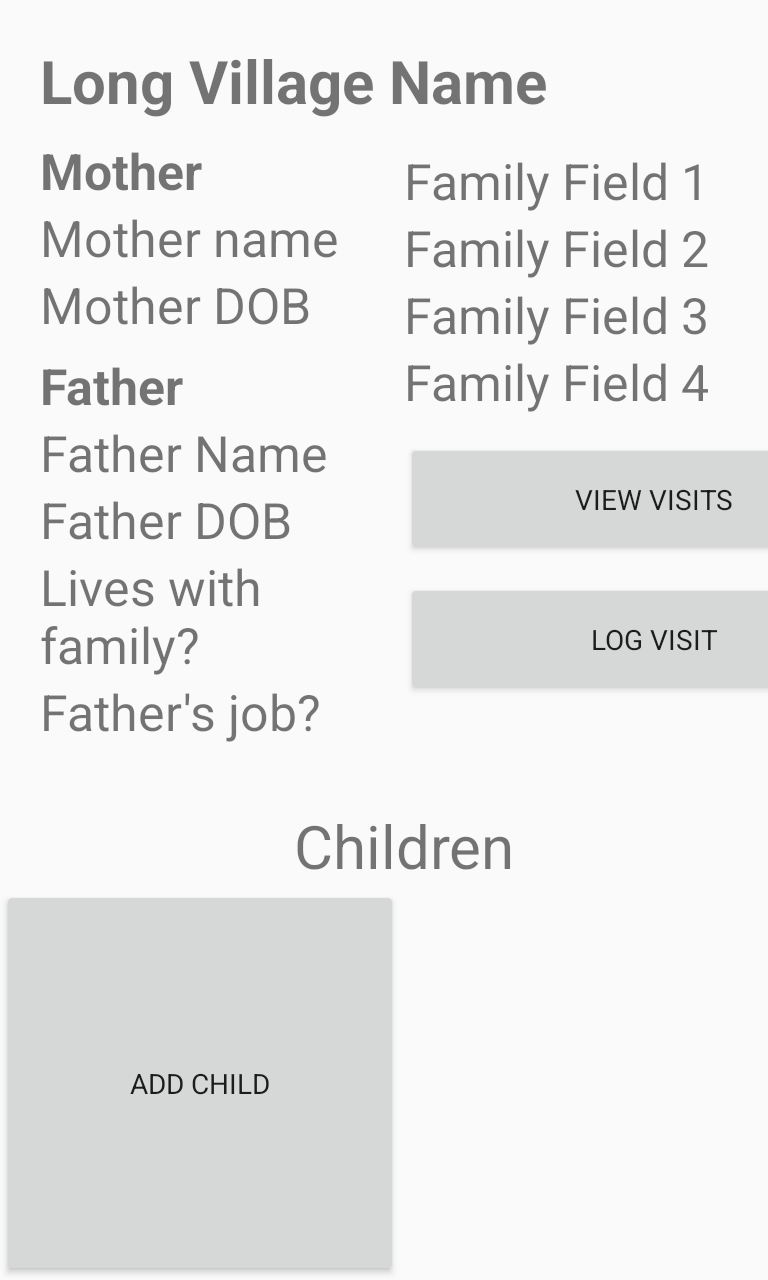
Repository: achavez812/GuatemalaProject2
Layout: GuateMedic-master/GuateMedic/res/layout/activity_view_family1.xml
The author's editor kept a copy of each file at every save. The layout is drawn from the files as they stood at one save, then again after the next save.
It is drawn on a 768 x 1280 px phone screen (xhdpi) without system bars, with theme AppTheme; the app's code is not run.

Above is the layout before, as saved 2014-07-05 09:42:49.

After the next save:
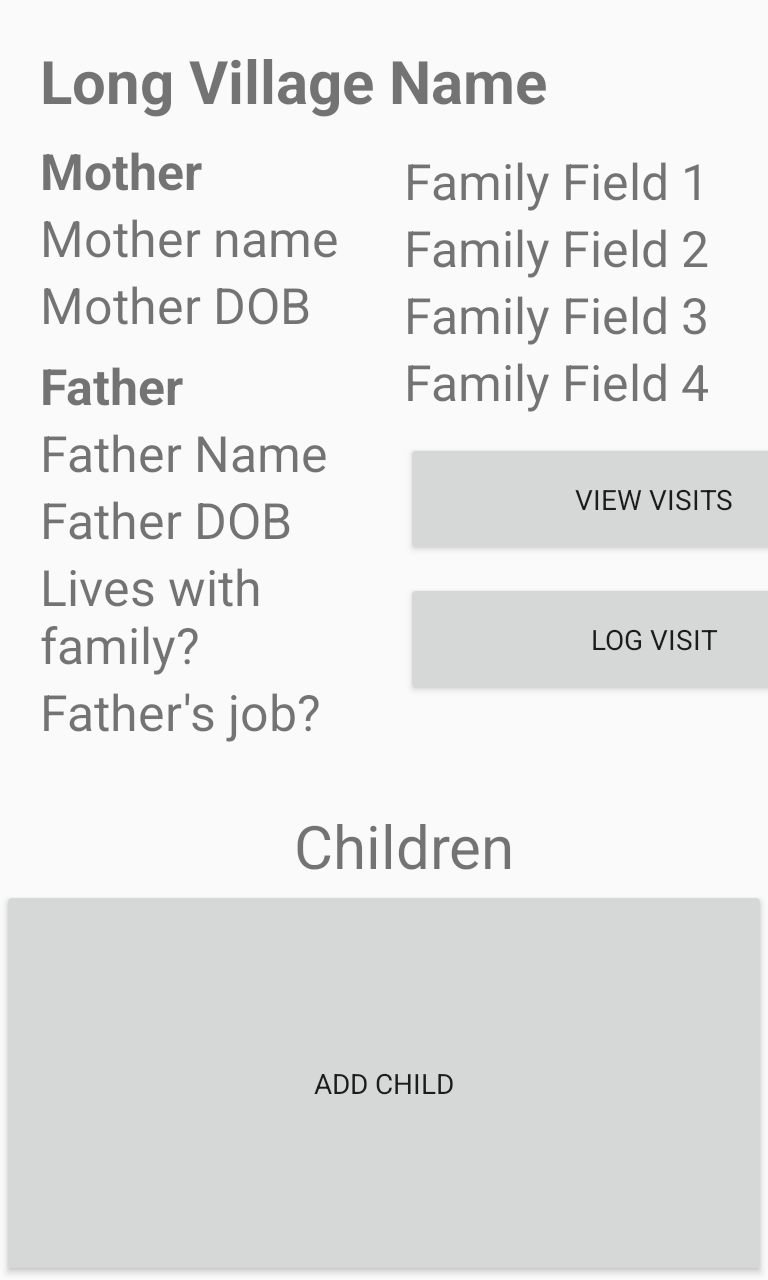
Saved 82 s later.
--- a/GuateMedic-master/GuateMedic/res/layout/activity_view_family1.xml
+++ b/GuateMedic-master/GuateMedic/res/layout/activity_view_family1.xml
@@ -169,7 +169,7 @@
 
 	<Button
 	    android:id="@+id/view_family_add_child_button"
-	    android:layout_width="200dp"
+	    android:layout_width="fill_parent"
 	    android:layout_height="40dp"
 	    android:layout_below="@id/top_linear_layout"
 	    android:layout_alignParentBottom="true"
